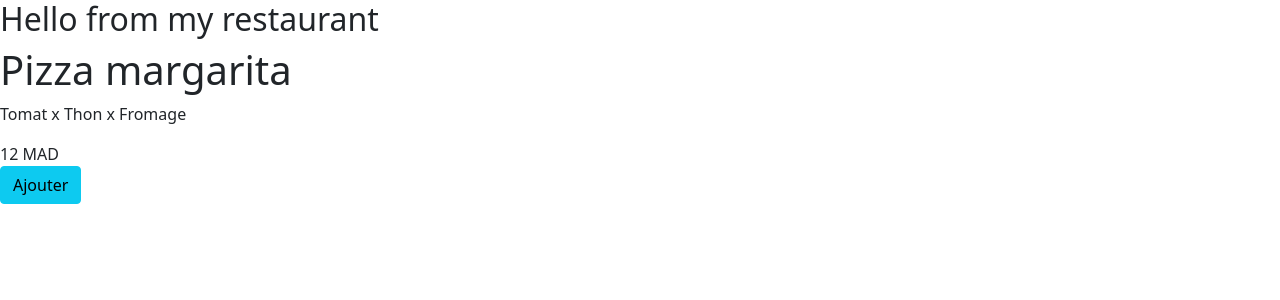
Repository: FS-23/my-restaurant
Page: /
The author's editor kept a copy of each file at every save. The page is drawn from the files as they stood at one save, then again after the next save.
The browser window is 1280 px wide. The pictures show the whole page.
The project was rebuilt for these pictures with package versions that can differ from the ones it lists, and the page was loaded fresh each time. Also part of the build but not shown: src/index.css.

Above is the page before, as saved 2022-04-29 13:32:44.

### public/index.html
<!DOCTYPE html>
<html lang="en">
  <head>
    <meta charset="utf-8" />
    <link rel="icon" href="%PUBLIC_URL%/favicon.ico" />
    <meta name="viewport" content="width=device-width, initial-scale=1" />
    <meta name="theme-color" content="#000000" />
    <meta
      name="description"
      content="Web site created using create-react-app"
    />
    <link rel="apple-touch-icon" href="%PUBLIC_URL%/logo192.png" />
    <!--
      manifest.json provides metadata used when your web app is installed on a
      user's mobile device or desktop. See https://developers.google.com/web/fundamentals/web-app-manifest/
    -->
    <link rel="manifest" href="%PUBLIC_URL%/manifest.json" />
    <!--
      Notice the use of %PUBLIC_URL% in the tags above.
      It will be replaced with the URL of the `public` folder during the build.
      Only files inside the `public` folder can be referenced from the HTML.

      Unlike "/favicon.ico" or "favicon.ico", "%PUBLIC_URL%/favicon.ico" will
      work correctly both with client-side routing and a non-root public URL.
      Learn how to configure a non-root public URL by running `npm run build`.
    -->
    <title>React App</title>
    <!-- CSS only -->
<link href="https://cdn.jsdelivr.net/npm/bootstrap@5.1.3/dist/css/bootstrap.min.css" rel="stylesheet">
  </head>
  <body>
    <noscript>You need to enable JavaScript to run this app.</noscript>
    <div id="root"></div>
    <!--
      This HTML file is a template.
      If you open it directly in the browser, you will see an empty page.

      You can add webfonts, meta tags, or analytics to this file.
      The build step will place the bundled scripts into the <body> tag.

      To begin the development, run `npm start` or `yarn start`.
      To create a production bundle, use `npm run build` or `yarn build`.
    -->
  </body>
</html>

### src/App.js
import Menu from './components/Menu'
function App() {
  return (
    <div className="">
       <div className='vw-100 vh-100 position-fixed'>
          <h2>Hello from my restaurant</h2>
          <Menu />
       </div>
    </div>
  );
}

export default App;

### src/components/Menu.js
import Plat from "./Plat"
function Menu(){
    return (
        <div>
            < Plat name="Pizza margarita" price="12" ingredient="Tomat x Thon x Fromage" />
        </div>
    )
}

export default Menu

### src/components/Plat.js

function Plat (props){
    return(
       <>
           <h1>{props.name} </h1>
           <p> {props.ingredient}</p>
           <div>
               {props.price} MAD
           </div>
           <button className="btn btn-info">Ajouter</button>
       </>
    )
}

export default Plat

Loaded but not shown: src/index.js (common file)

After the next save:
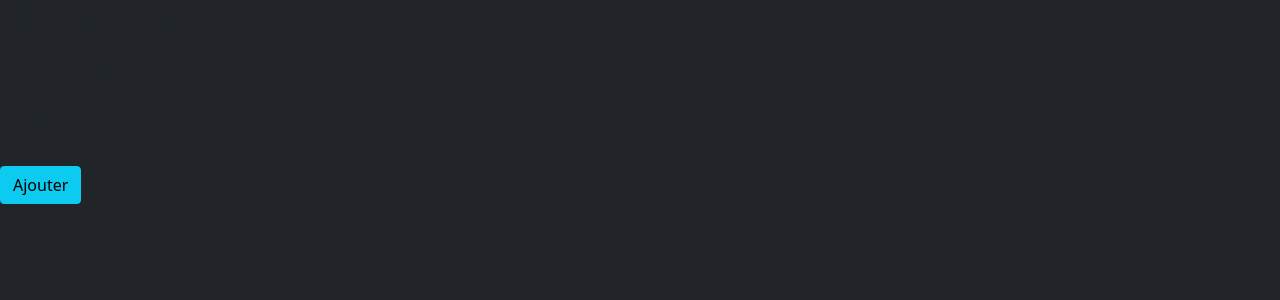
Saved 31 s later.
--- a/src/App.js
+++ b/src/App.js
@@ -2,7 +2,7 @@ import Menu from './components/Menu'
 function App() {
   return (
     <div className="">
-       <div className='vw-100 vh-100 position-fixed'>
+       <div className='vw-100 vh-100 position-fixed bg-dark'>
           <h2>Hello from my restaurant</h2>
           <Menu />
        </div>
